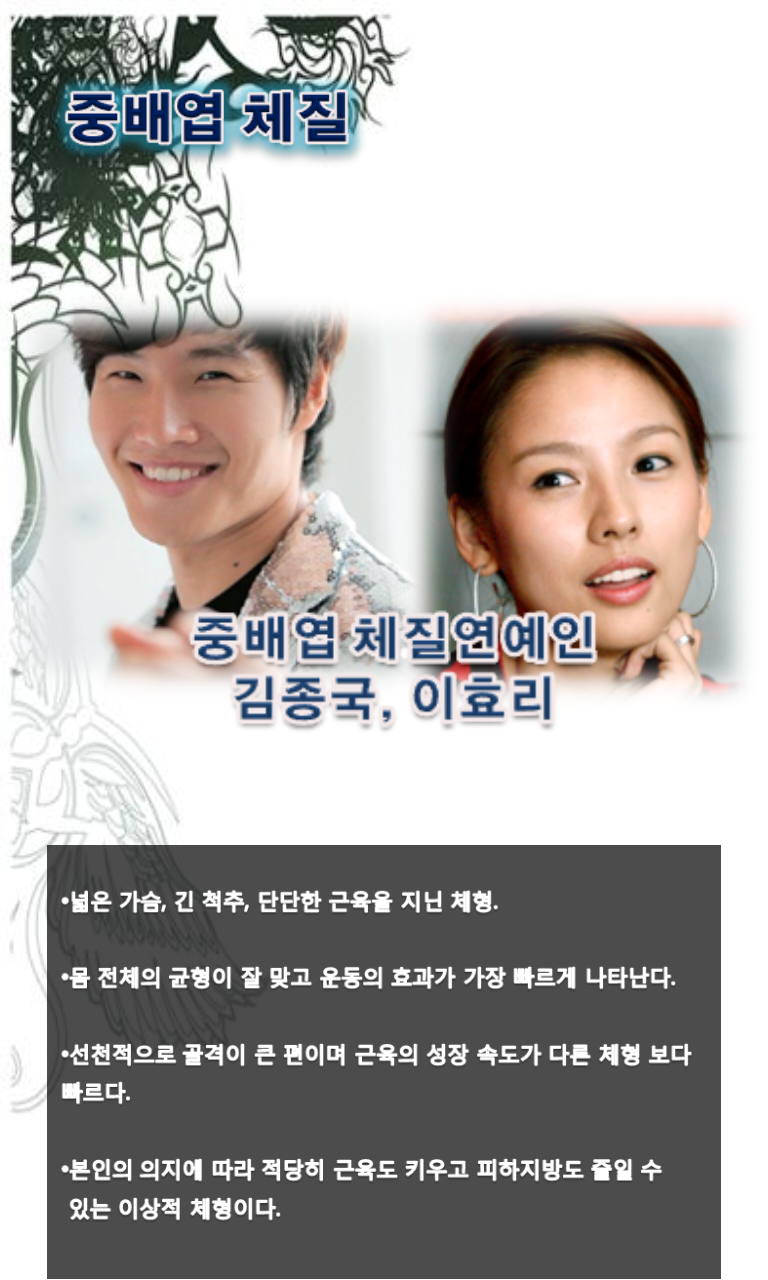
Repository: LewisLim579/2013TeamProject
Layout: PtsApp/res/layout/c_jung.xml
These files come from the project's save history. The layout is drawn as it stood at one moment and after the next save; the edit follows.
It is drawn on a 768 x 1280 px phone screen (xhdpi) without system bars, with theme android:Theme.NoTitleBar.Fullscreen; the app's code is not run.

Above is the layout before, as saved 2013-05-24 17:00:13.

### PtsApp/res/layout/c_jung.xml
<LinearLayout xmlns:android="http://schemas.android.com/apk/res/android"
    android:layout_width="fill_parent"
    android:layout_height="fill_parent"
    android:background="@drawable/back"
    android:orientation="vertical" >

    <LinearLayout
        android:layout_width="match_parent"
        android:layout_height="wrap_content"
        android:orientation="vertical"
        android:layout_marginTop="20dp" >

        <ImageView
            android:id="@+id/imageView2"
            android:layout_width="wrap_content"
            android:layout_height="wrap_content"
            android:src="@drawable/jungtitle" />
    </LinearLayout>

    <LinearLayout
        android:layout_width="match_parent"
        android:layout_height="wrap_content"
        android:layout_weight="4.04"
        android:orientation="vertical" >

        <ImageView
            android:id="@+id/imageView1"
            android:layout_width="match_parent"
            android:layout_height="match_parent"
            android:layout_centerHorizontal="true"
            android:src="@drawable/jung_2" />
    </LinearLayout>

    <LinearLayout
        android:layout_width="match_parent"
        android:layout_height="218dp"
        android:orientation="vertical" >

        <ImageView
            android:id="@+id/imageView3"
            android:layout_width="match_parent"
            android:layout_height="wrap_content"
            android:src="@drawable/nene" />

    </LinearLayout>

</LinearLayout>

After the next save:
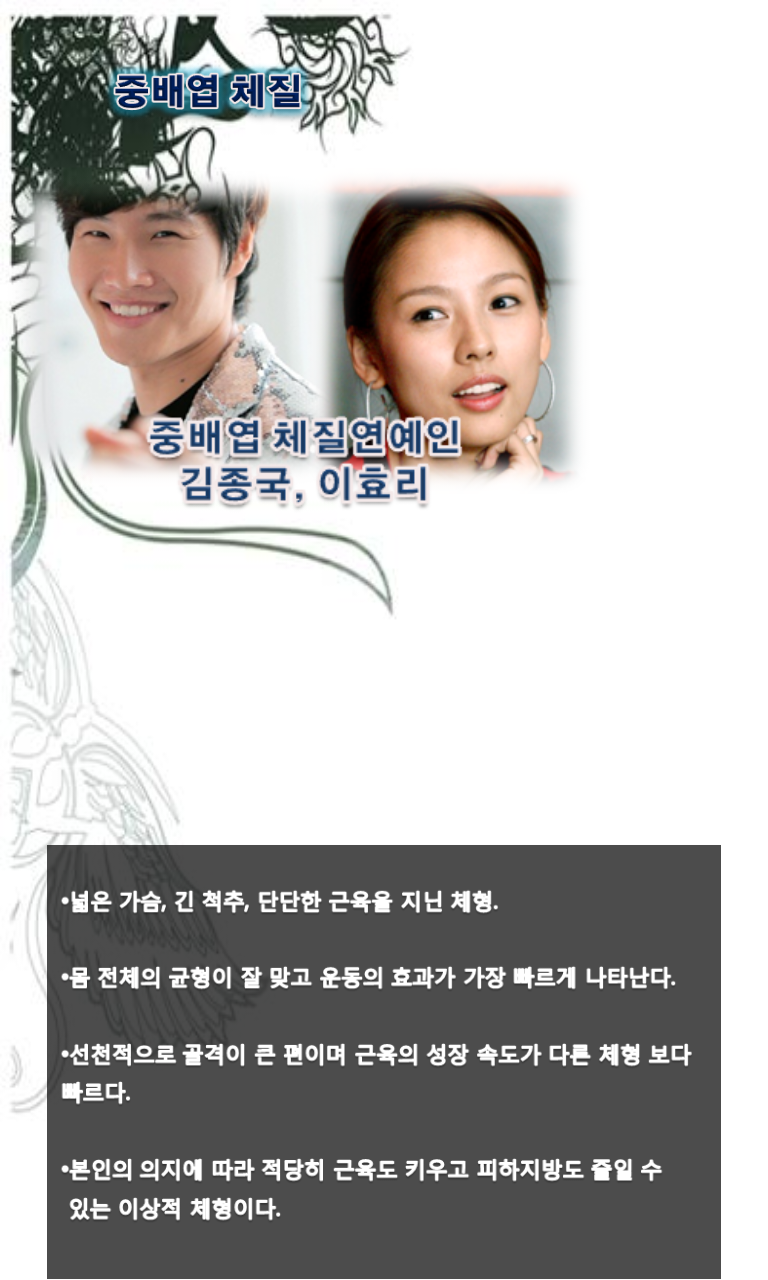
Saved 2 min 22 s later.
--- a/PtsApp/res/layout/c_jung.xml
+++ b/PtsApp/res/layout/c_jung.xml
@@ -6,9 +6,10 @@
 
     <LinearLayout
         android:layout_width="match_parent"
-        android:layout_height="wrap_content"
+        android:layout_height="50dp"
         android:orientation="vertical"
-        android:layout_marginTop="20dp" >
+        android:layout_marginTop="20dp"
+         >
 
         <ImageView
             android:id="@+id/imageView2"
@@ -25,10 +26,10 @@
 
         <ImageView
             android:id="@+id/imageView1"
-            android:layout_width="match_parent"
-            android:layout_height="match_parent"
-            android:layout_centerHorizontal="true"
+            android:layout_width="297dp"
+            android:layout_height="204dp"
             android:src="@drawable/jung_2" />
+
     </LinearLayout>
 
     <LinearLayout
